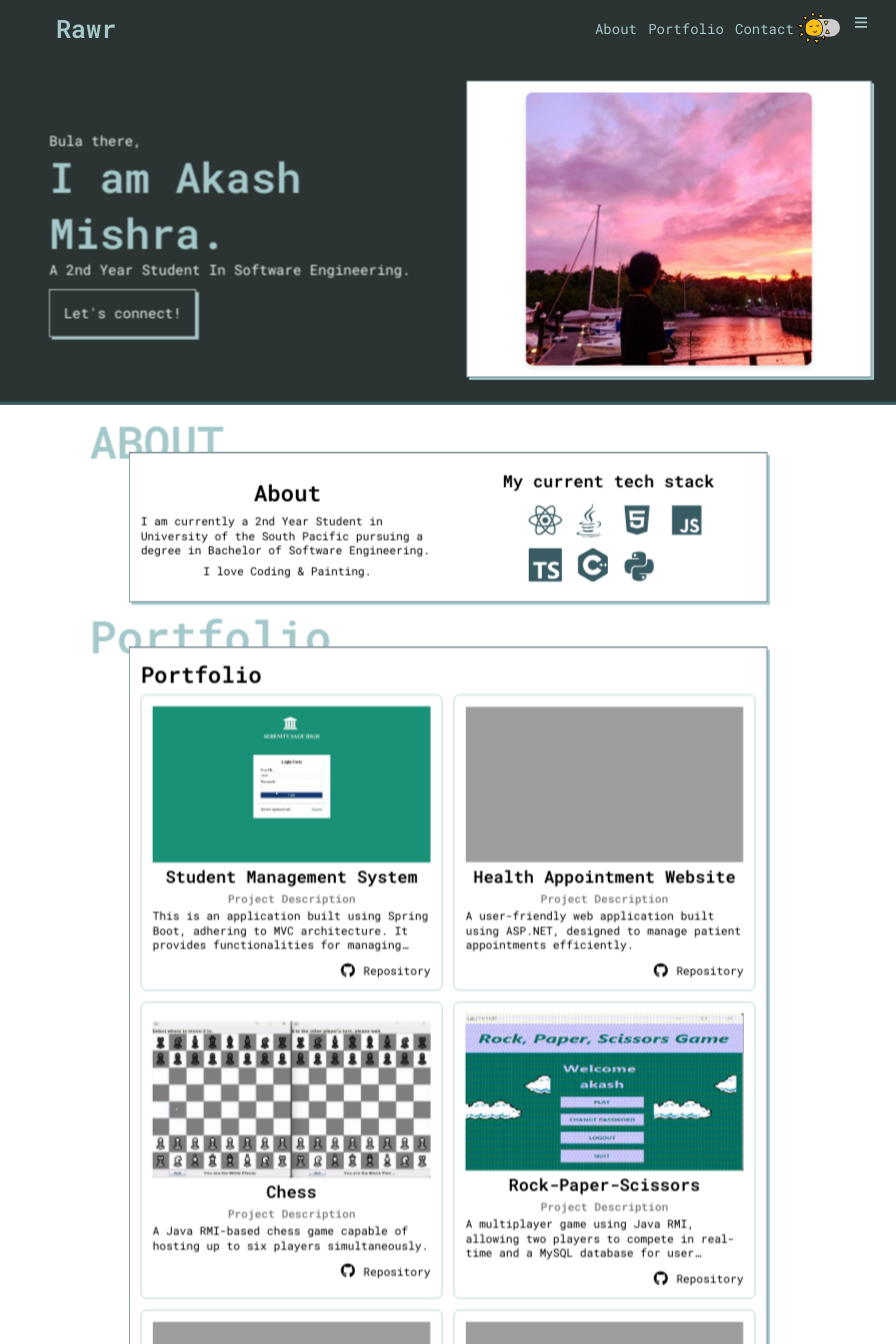
Repository: akashrawr/portfolio
Page: /
These files come from the project's save history. The page is drawn as it stood at one moment and after the next save; the edit follows.
The browser window is 1280 px wide. The pictures show the part of the page from y = 0 to 1920 px (the page is 3238 px tall before and 3218 px after), at 70% of full size.
Pictures or frames that could not be fetched are drawn as grey boxes. The project was rebuilt for these pictures with package versions that can differ from the ones it lists, and the page was loaded fresh each time.

Above is the page before, as saved 2024-12-12 12:21:10.

### public/index.html
<!DOCTYPE html>
<html lang="en">
  <head>
    <meta charset="utf-8" />
    <link rel="icon" href="%PUBLIC_URL%/favicon.ico" />
    <meta name="viewport" content="width=device-width, initial-scale=1" />
    <meta name="theme-color" content="#000000" />
    <meta
      name="description"
      content="Personal web Portfolio"
    />
    <link rel="apple-touch-icon" href="%PUBLIC_URL%/logo192.png" />
    <!--
      manifest.json provides metadata used when your web app is installed on a
      user's mobile device or desktop. See https://developers.google.com/web/fundamentals/web-app-manifest/
    -->
    <link rel="manifest" href="%PUBLIC_URL%/manifest.json" />
    <!--
      Notice the use of %PUBLIC_URL% in the tags above.
      It will be replaced with the URL of the `public` folder during the build.
      Only files inside the `public` folder can be referenced from the HTML.

      Unlike "/favicon.ico" or "favicon.ico", "%PUBLIC_URL%/favicon.ico" will
      work correctly both with client-side routing and a non-root public URL.
      Learn how to configure a non-root public URL by running `npm run build`.
    -->
    <title>akashrawr</title>
  </head>
  <body>
    <noscript>You need to enable JavaScript to run this app.</noscript>
    <div id="root"></div>
    <!--
      This HTML file is a template.
      If you open it directly in the browser, you will see an empty page.

      You can add webfonts, meta tags, or analytics to this file.
      The build step will place the bundled scripts into the <body> tag.

      To begin the development, run `npm start` or `yarn start`.
      To create a production bundle, use `npm run build` or `yarn build`.
    -->
  </body>
</html>

### src/App.css
@import url("https://fonts.googleapis.com/css2?family=Roboto+Mono:wght@300;400;600&display=swap");

:root {
  --primary-color: #2c3333;
  --secondary-color: #395b64;
  --accent-1: #a5c9ca;
  --accent-2: #e7f6f2;
  --neutral-1: black;
  --neutral-2: white;
  --neutral-3: white;
  --neutral-4: black;
  --icon-1: #395b64;

  --dark-primary-color: #121212;
  --dark-secondary-color: #1f1f1f;
  --dark-accent-1: #6c757d;
  --dark-accent-2: #adb5bd;
  --dark-neutral-1: #ffffff;
  --dark-neutral-2: #121212;
  --dark-neutral-3:#1f1f1f;
  --dark-neutral-4: #938f8f;
  --dark-icon-1: #938f8f;

}

*,
*::after,
*::before {
  margin: 0;
  padding: 0;
  font-family: "Roboto Mono", monospace;
  box-sizing: border-box;


}

html {
  scroll-behavior: smooth;
}

body {
  overflow-x: hidden;
  background-color: var(--neutral-3);
  color: var(--neutral-1);
  font-family: "Roboto Mono", monospace;
}

body.dark-mode {
  --primary-color: var(--dark-primary-color);
  --secondary-color: var(--dark-secondary-color);
  --accent-1: var(--dark-accent-1);
  --accent-2: var(--dark-accent-2);
  --neutral-1: var(--dark-neutral-1);
  --neutral-2: var(--dark-neutral-2);
  --neutral-3: var(--dark-neutral-3);
  --neutral-4: var(--dark-neutral-4);
  --icon-1:var(--dark-icon-1);
}


/* Navbar styles */

header {
  display: flex;
  align-items: center;
  justify-content: center;

  max-width: 100vw;
  background-color: var(--primary-color);
}

a {
  font-size: 14px;
  text-decoration: none;
}

h1 {
  font-family: "Roboto Mono", monospace;
}

.navbar-nav {
  display: flex;
  align-items: center;
  justify-content: space-between;
  background-color: var(--primary-color);
  padding: 1rem;
  width: 90%;
}

.nav-logo {
  grid-column: 1;
}

.nav-logo > h1 {
  font-size: 30px;
  color: var(--accent-1);
}

.primary-nav {
  display: flex;
  list-style: none;
  gap: 16px;

  grid-column: 2;
  justify-self: end;
}

.mobile-nav-toggle {
  display: none;
  cursor: pointer;
}

.nav-link:link,
.nav-link:visited {
  font-size: 16px;
  color: var(--accent-2);

  transition: 300ms ease-in-out;
}

.nav-link:hover {
  font-weight: 600;
  color: var(--accent-1);
}


/* Dark mode toggle button */
.theme-toggle {
  background: none;
  border: none;
  cursor: pointer;
  padding: 8px;
  display: flex;
  align-items: center;
}

.nav-icons {
  --size: 30px;
  width: var(--size);
  aspect-ratio: 1;
  cursor: pointer;
}



@media only screen and (max-width: 35em) {
  .primary-nav {
    position: fixed;
    inset: 0 0 0 0;
    flex-direction: column;

    padding: min(30vh, 6rem) 2rem;
    background-color: var(--primary-color);

    z-index: 9999;

    transform: translateX(100%);
    transition: transform 350ms ease-out;
  }
}
  .nav-link:link,
  .nav-link:visited {
    font-size: 20px;
    color: var(--accent-1);
  }

  .primary-nav[data-visible="true"] {
    transform: translateX(0%);
  }

  .mobile-nav-toggle[aria-expanded="true"] {
    background: url('data:[embedded picture, 416 characters]') center center no-repeat;
  }

  .mobile-nav-toggle {
    display: block;
    position: absolute;
    background: url('data:[embedded picture, 417 characters]') center center no-repeat;

    width: 1.25rem;
    aspect-ratio: 1;

    border: none;

    top: 1.4rem;
    right: 2.5rem;
    z-index: 10000;

    transition: 250ms ease-in-out;
  }

/* Section styles */

section {
  display: flex;
  align-items: center;
  justify-content: center;

  max-width: 100vw;
  position: relative;
}

/* HERO */
/* HERO SECTION */
#hero {
  background-color: var(--primary-color);
  border-bottom: 4px solid var(--secondary-color);
  padding: 2.2rem;
}

/* Main container for text and image */
.hero-main-container {
  display: flex;
  flex-wrap: wrap;
  align-items: center;
  justify-content: space-between;
  gap: 16px;
}

/* Text Container */
.hero-container {
  flex: 1;
  display: flex;
  flex-direction: column;
  gap: 16px;
  padding: 2.2rem;
  width: 90%;
  height: 350px;
  animation: fade-in 500ms linear forwards;
}

.hero-text-container > h2 {
  font-size: 28px;
  color: var(--accent-1);
}

.hero-text-container > p {
  font-size: 12px;
  color: var(--accent-2);
}

.hero-button {
  align-self: flex-start;

  font-size: 14px;
  padding: 1em;

  color: var(--accent-2);
  background-color: transparent;

  border: 1px solid var(--accent-2);
  box-shadow: 4px 4px 0px var(--accent-1);

  transition: 300ms ease-in-out;
}

.hero-button:hover {
  background-color: var(--accent-2);
  color: var(--primary-color);
  box-shadow: 6px 6px 0px var(--secondary-color);
}

/* Image Container */
.hero-img {
  flex: 1;
  display: flex;
  justify-content: center;
  align-items: center;
  border: 1px solid var(--secondary-color);
  background-color: var(--neutral-2);

  width: 100%;
  padding: 1rem;

  box-shadow: 4px 4px 0px var(--accent-1);
}

.hero-image {
  max-width: 75%;
  height: auto;
  border-radius: 10px;
  box-shadow: 0 4px 8px rgba(0, 0, 0, 0.1);
}

/* Responsive Styles */
@media screen and (max-width: 768px) {
  .hero-main-container {
    flex-direction: column;
  }

  .hero-img {
    margin-top: 20px;
  }

  .hero-text-container {
    text-align: left;
  }
}
.hero-text-container > h2 {
  font-size: 20px;
  color: var(--accent-1);
}
.project-card > h3 {
  font-size: 12px;
  color: var(--secondary-color);
}

/* ABOUT */

#about {
  padding: 2rem;
  margin-top: 36px;
  animation: fade-in 500ms linear forwards;

}

.wave-asset {
  width: 100%;
  position: absolute;

  top: 0;
  left: 0;
}

.about-container {
  display: flex;
  align-items: center;
  justify-content: center;
  background-color: var(--neutral-2);
  width: 90%;
  z-index: 999;
}

.about-card,
.portfolio-card,
.contact-card {
  display: flex;
  flex-direction: column;
  gap: 16px;
  border: 1px solid var(--secondary-color);
  background-color: var(--neutral-2);

  width: 100%;
  padding: 1rem;

  box-shadow: 4px 4px 0px var(--accent-1);
}

.about-content,
.portfolio-content {
  width: 100%;
  display: flex;
  flex-direction: column;
  gap: 8px;
}

.about-content > h2,
.about-content > h3 {
  color: var(--neutral-4);
}

.about-content > p {
  font-size: 12px;
  color: var(--neutral-4);
}

.tech-stack-grid {
  width: 65%;
  display: grid;
  grid-template-columns: repeat(4, 1fr);
  place-items: center;
}

.tech-stack {
  --size: 30px;
  width: var(--size);
  aspect-ratio: 1;
}

/* Portfolio container */

#portfolio {
  padding: 2rem;
  animation: fade-in 500ms linear forwards;
}

.portfolio-container {
  width: 90%;
  z-index: 999;
}

.project-container {
  display: grid;
  grid-template-columns: repeat(2, 1fr);
  gap: 16px;
}

.portfolio-content > h2 {
  color: var(--neutral-4);
}

.project-card {
  display: flex;
  flex-direction: column;
  gap: 4px;

  padding: 1rem;
  border-radius: 8px;
  border: 1px solid var(--accent-1);
}

.project-card > h3 {
  color: var(--neutral-4);
}

.project-card > h5 {
  color: var(--neutral-4);
  opacity: 0.5;
}

.project-card > p {
  font-size: 12px;
  width: 100%;
  display: -webkit-box;
  -webkit-box-orient: vertical;
  -webkit-line-clamp: 3;
  overflow: hidden;
  color: var(--neutral-4);
}

.project-img {
  width: 100%;
  aspect-ratio: 16/9;
}

.project-card-links {
  align-self: flex-end;

  margin-top: 10px;
  display: flex;
  align-items: center;
  gap: 12px;
}

.project-icons {
  --size: 20px;
  width: var(--size);
  aspect-ratio: 1;
}

.project-card-links > a {
  display: flex;
  align-items: center;
  color: var(--neutral-4);
  font-size: 10px;
  gap: 4px;
}

.project-card-links > a:link,
.project-card-links > a:visited {

  color: var(--neutral-4);
}

.project-card-links > a:hover {
  font-weight: 600;
  color: var(--accent-1);
}

/* CONTACT */
#contact {
  padding: 2rem;
  animation: fade-in 500ms linear forwards;
}

.contact-container {
  width: 90%;
  z-index: 999;
}

.contact-card {
  width: 100%;
  gap: 12px;
}
.contact-card > h2 {
    color: var(--neutral-4);
}

.contact-card > p {
  font-size: 12px;
  color: var(--neutral-4);
}

.contact-links {
  display: flex;
  flex-direction: column;
  gap: 8px;
}

.contact-links > a {
  display: flex;
  align-items: center;
  gap: 8px;
}

.contact-links > a:link,
.contact-links > a:visited {
  color: var(--neutral-4);
}

.contact-links > a:hover {
  font-weight: 600;
  color: var(--accent-1);
}
.contact-icons {
  --size: 20px;
  width: var(--size);
  aspect-ratio: 1;
}

/* extras */
.section-highlight {
  font-size: 4rem;
  font-weight: 600;
  opacity: 0.5;
  color: var(--accent-1);

  position: absolute;
  top: 0;
  left: 100px;
}

/* footer */
footer {
  display: flex;
  align-items: center;
  justify-content: center;
  color: var(--accent-2);
  max-width: 100vw;
  background-color: var(--primary-color);
  min-height: 150px;
}

.footer-content {
  text-align: center;
  font-size: 12px;
  width: 90%;

  color: var(--accent-2);
}

.footer-content > a {
  text-decoration: underline;
}

.footer-content > a:link,
.footer-content > a:visited {
  color: var(--accent-2);
}

.footer-content > a:hover {
  color: var(--accent-1);
}
/* media queries */

@media only screen and (max-width: 35em) {
  .hero-container {
    padding: 1rem;
    height: 200px;
  }
  .project-container {
    grid-template-columns: 1fr;
  }
  .tech-stack-grid {
    width: 100%;
  }
  .section-highlight {
    font-size: 3.5rem;
    top: -16px;
    left: 6vw;
  }
}

@media only screen and (min-width: 35em) {
  .hero-container {
    height: 250px;
  }
  .about-container,
  .portfolio-container,
  .contact-container {
    width: 75%;
  }

  .about-card,
  .portfolio-card {
    align-items: center;
    justify-content: center;
    flex-direction: row;
    gap: 20px;
  }

  .section-highlight {
    top: -26px;
    left: 10vw;
  }
}

@media only screen and (min-width: 768px) {
  .nav-logo > h1 {
    font-size: 36px;
  }

  /* hero */
  .hero-container {
    height: 350px;
  }

  .hero-text-container > p {
    font-size: 20px;
  }

  .hero-text-container > h2 {
    font-size: 60px;
  }

  .hero-button {
    font-size: 20px;
  }

  /* about */
  .about-card {
    gap: 40px;
  }

  .about-content > h2 {
    font-size: 32px;
  }

  .about-content > h3 {
    font-size: 24px;
  }

  .about-content > p {
    font-size: 16px;
  }

  .tech-stack-section {
    align-self: flex-start;
    margin-top: 8px;
  }

  .tech-stack {
    --size: 40px;
    width: var(--size);
    aspect-ratio: 1;
  }

  /* portfolio */
  .portfolio-content > h2 {
    font-size: 32px;
  }

  .project-card > h3 {
    font-size: 24px;
  }

  .project-card > h5,
  .project-card > p {
    font-size: 16px;
  }

  .project-card-links > a {
    font-size: 16px;
  }

  /* contacts */
  .contact-card > h2 {
    font-size: 32px;
  }

  .contact-card > p {
    font-size: 16px;
  }

  .contact-links > a {
    font-size: 16px;
  }
  .footer-content,
  .footer-content > a {
    font-size: 16px;
  }
}

@media only screen and (min-width: 1024px) {
  .section-highlight {
    top: -26px;
    left: 10vw;
  }
}

@keyframes fade-in {
  0% {
    opacity: 0;
  }
  100% {
    opacity: 1;
  }
}

/* Adjust specific sections as needed for React-specific behaviors */
.primary-nav.visible {
  transform: translateX(0%);
}

/* The switch - the box around the slider */
.switch {
  position: relative;
  display: inline-block;
  width: 50px;
  height: 25px;
}

/* Hide default HTML checkbox */
.switch input {
  opacity: 0;
  width: 0;
  height: 0;
}

/* The slider */
.slider {
  position: absolute;
  cursor: pointer;
  top: 0;
  left: 0;
  right: 0;
  bottom: 0;
  background-color: #ccc;
  -webkit-transition: .4s;
  transition: .4s;
  border-radius: 25px; /* Rounded edges for the slider */
  display: flex;

  align-items: center;
}

/* Adjust the icon size to 48x48 pixels */
.slider .icon {
  position: absolute;
  width: 48px;
  height: 48px;
  transition: .4s;
}

/* When the input is checked (dark mode is on) */
input:checked + .slider {
  background-color: #3e4346; /* Change background color on check */
}

input:focus + .slider {
  box-shadow: 0 0 1px #2196F3;
}

/* Move the icons when the input is checked (dark mode) */
input:checked + .slider .icon {
  transform: translateX(20px); /* Move the icon to the right */
}

/* Default state (light mode) */
input:not(:checked) + .slider .icon {
  transform: translateX(-15px) translateY(-2px); /* Icon remains in the default position */
  width: 52px; /* Further reduced icon size for very small screens */
  height: 52px; /* Further reduced icon size for very small screens */
}

.about-icon {
  color: var(--icon-1); /* Change to any shade of blue you prefer */
  font-size: 3rem; /* Adjust size as needed */
  margin: 0.5rem;
}

.project-icons {
  margin-right: 0.5rem; /* Space between icon and text */
  font-size: 1.5rem; /* Adjust icon size */
  color: inherit; /* Match the color of the link */
}

.contact-icons {
  margin-right: 0.5rem; /* Space between icon and text */
  font-size: 1.5rem; /* Adjust icon size */
  color: var(--icon-1);
}

Loaded but not shown: src/index.js (common file); src/index.css (common file); src/reportWebVitals.js (common file); src/App.js (429 lines, source omitted)

After the next save:
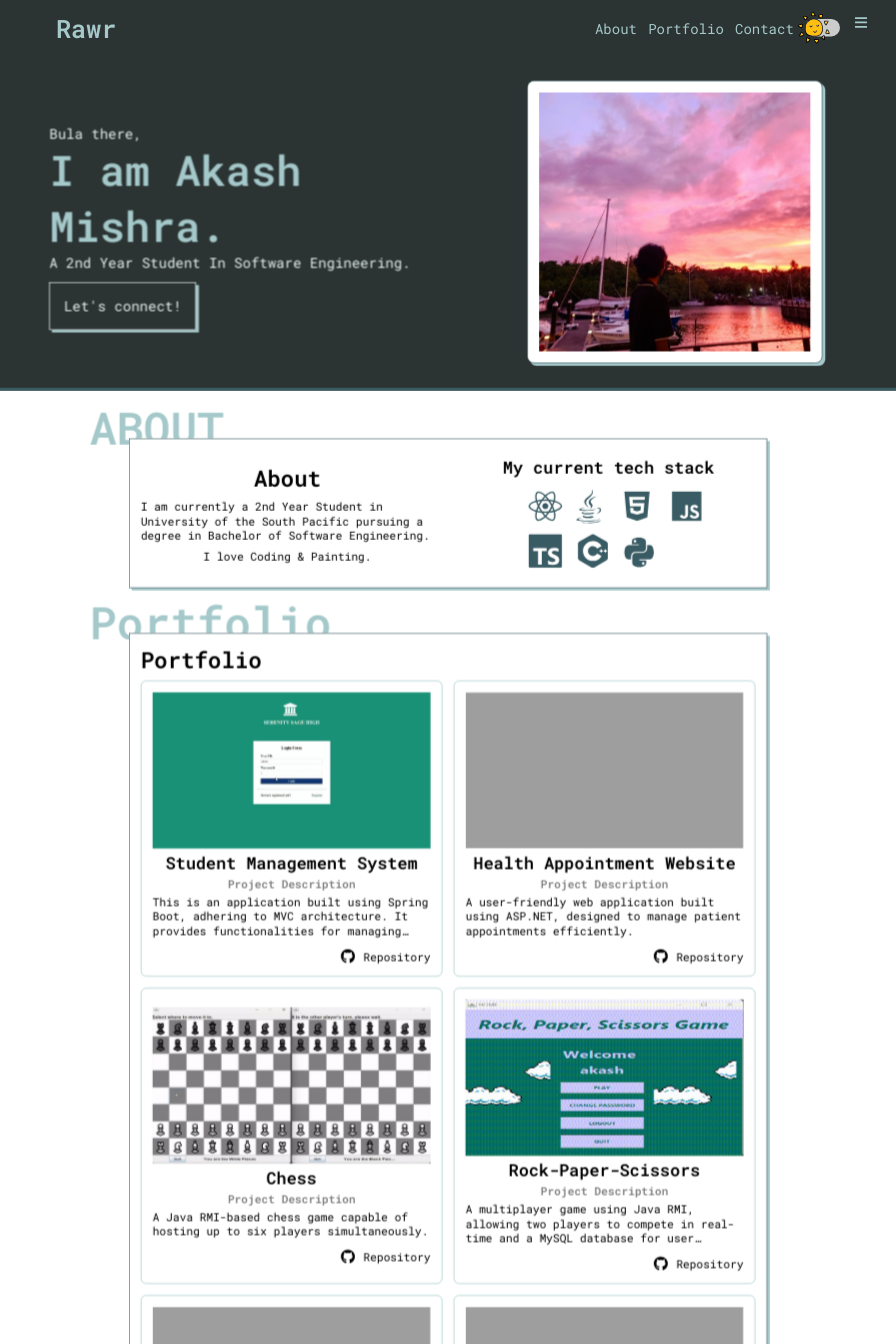
Saved 15 s later.
--- a/src/App.css
+++ b/src/App.css
@@ -266,13 +266,7 @@ section {
   display: flex;
   justify-content: center;
   align-items: center;
-  border: 1px solid var(--secondary-color);
-  background-color: var(--neutral-2);
-
-  width: 100%;
-  padding: 1rem;
-
-  box-shadow: 4px 4px 0px var(--accent-1);
+
 }
 
 .hero-image {
@@ -280,6 +274,13 @@ section {
   height: auto;
   border-radius: 10px;
   box-shadow: 0 4px 8px rgba(0, 0, 0, 0.1);
+  border: 1px solid var(--secondary-color);
+  background-color: var(--neutral-2);
+
+  width: 100%;
+  padding: 1rem;
+
+  box-shadow: 4px 4px 0px var(--accent-1);
 }
 
 /* Responsive Styles */
